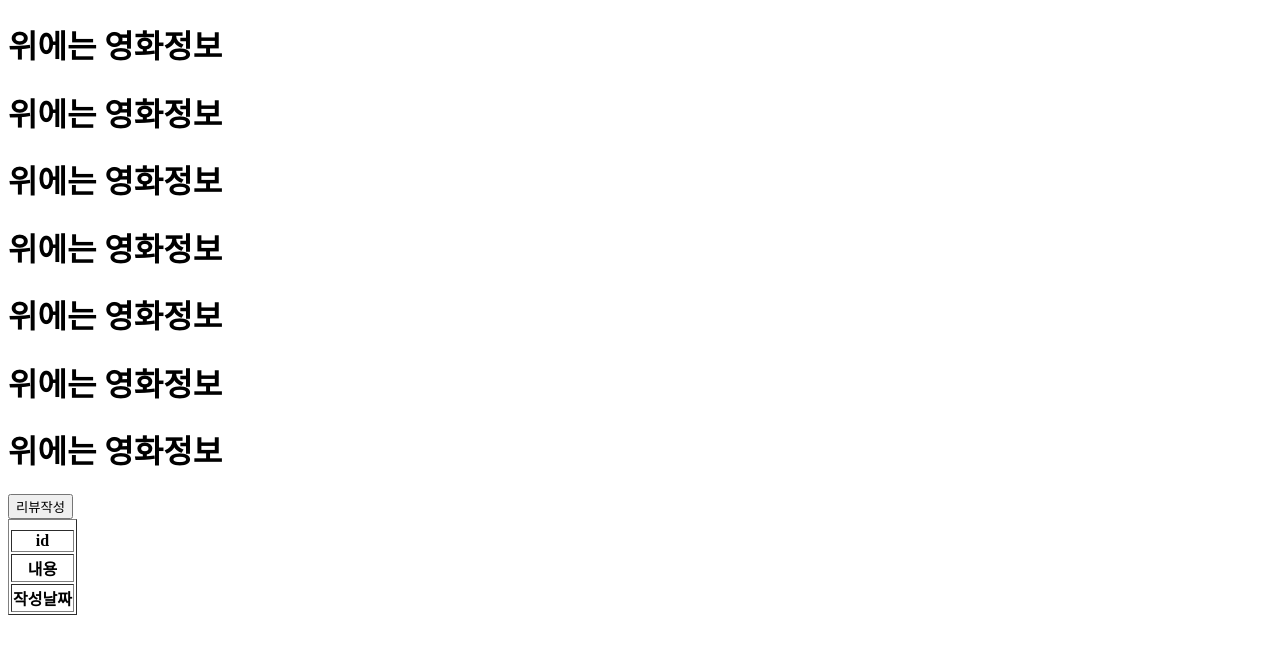
Repository: homerking-092/project
Page: http://localhost/MovieProject/review/review_list.jsp
An editor plug-in stored every save of this project. The page is shown before and after the next save, followed by the edit.
The browser window is 1280 px wide. The pictures show the whole page.
The page is served by Tomcat 9.

Above is the page before, as saved 2021-08-15 08:53:24.

After the next save:
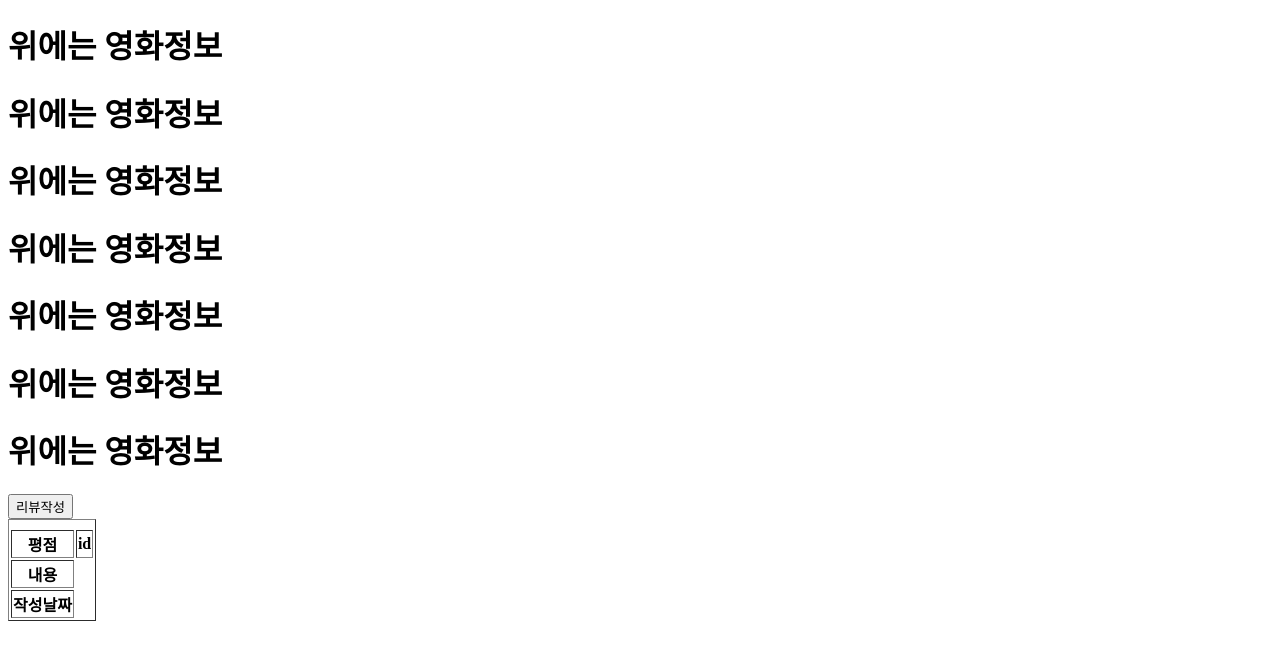
Saved 92 s later.
--- a/MovieProject/WebContent/review/review_list.jsp
+++ b/MovieProject/WebContent/review/review_list.jsp
@@ -26,6 +26,8 @@
 		<tr></tr>
 
 		<tr>
+
+			<th>평점</th>
 			<th>id</th>
 
 		</tr>
